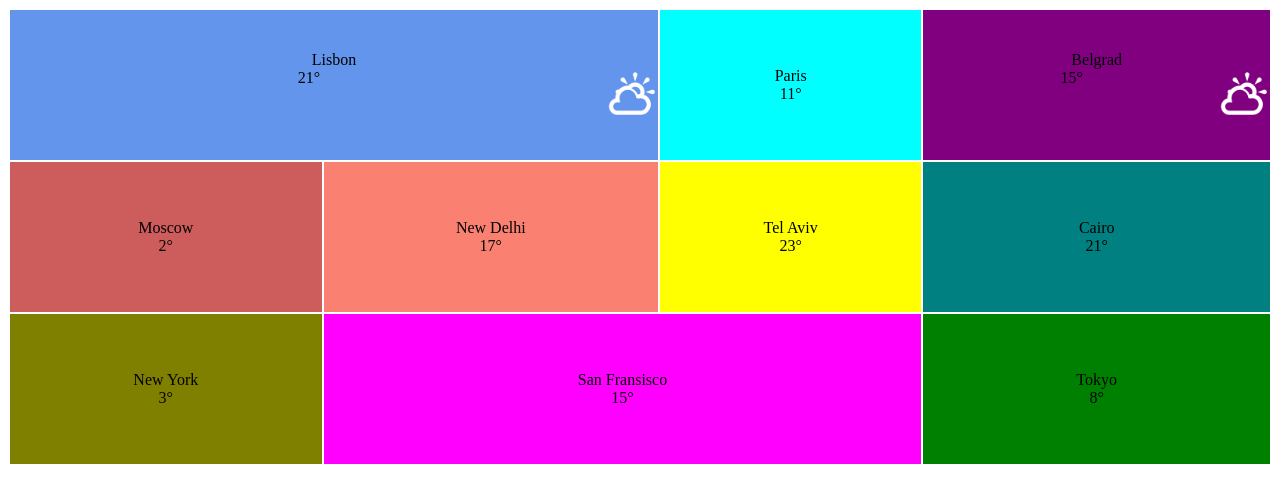
Repository: aysedo/html
Page: Week_2/index.html
An editor plug-in stored every save of this project. The page is shown before and after the next save, followed by the edit.
The browser window is 1280 px wide. The pictures show the whole page.

Above is the page before, as saved 2021-08-24 15:50:32.

### Week_2/index.html
<!DOCTYPE html>
<html lang="en">
  <head>
    <meta charset="UTF-8" />
    <meta http-equiv="X-UA-Compatible" content="IE=edge" />
    <meta name="viewport" content="width=device-width, initial-scale=1.0" />
    <title>Document</title>
  </head>
  <body>
    <table width="100%">
      <tr height="150">
        <td colspan="2" bgcolor="cornflowerblue" align="center">
          Lisbon <br/>
          21°
          <img src="img.png" width="50" align="right" />
        </td>
        <td bgcolor="Aqua" align="center">
          Paris <br />
          11°
        </td>
        <td bgcolor="Purple" align="center">
          Belgrad <br />
          15°
          <img src="img.png" width="50" align="right" />
        </td>
      </tr>
      <tr height="150">
        <td bgcolor="Indianred" align="center">
          Moscow <br />
          2°
        </td>
        <td bgcolor="Salmon" align="center">
          New Delhi <br />
          17°
        </td>
        <td bgcolor="Yellow" align="center">
          Tel Aviv <br />
          23°
        </td>
        <td bgcolor="Teal" align="center">
          Cairo <br />
          21°
        </td>
      </tr>
      <tr height="150">
        <td bgcolor="Olive" align="center">
          New York <br />
          3°
        </td>
        <td colspan="2" bgcolor="Fuchsia" align="center">
          San Fransisco<br />
          15°
        </td>
        <td bgcolor="Green" align="center">
          Tokyo <br />
          8°


        </td>
      </tr>
    </table>
  </body>
</html>

After the next save:
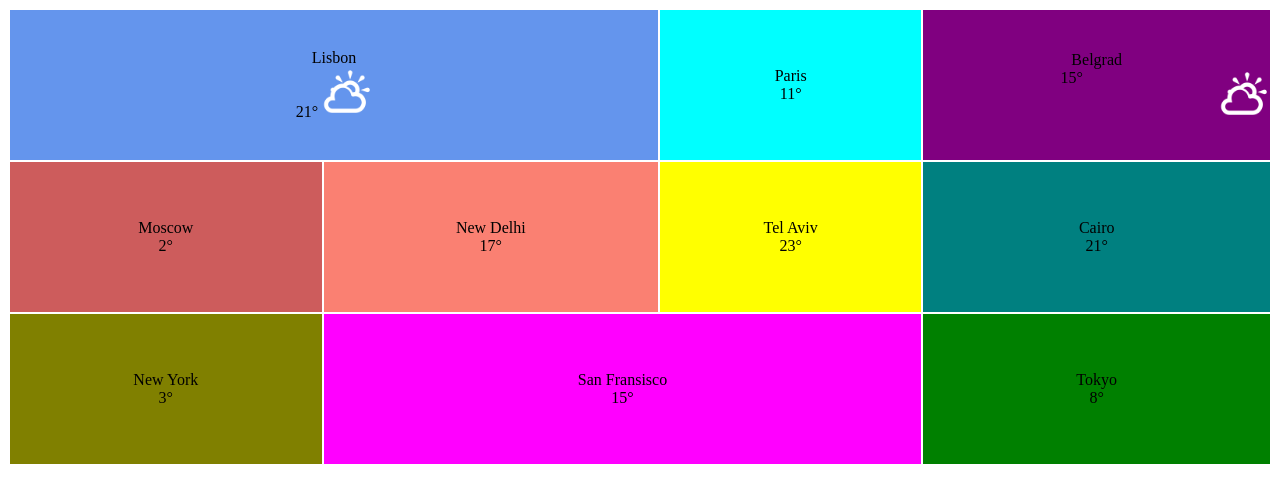
Saved 34 s later.
--- a/Week_2/index.html
+++ b/Week_2/index.html
@@ -12,7 +12,7 @@
         <td colspan="2" bgcolor="cornflowerblue" align="center">
           Lisbon <br/>
           21°
-          <img src="img.png" width="50" align="right" />
+          <img src="img.png" width="50" align="underline" />
         </td>
         <td bgcolor="Aqua" align="center">
           Paris <br />

After the save that followed:
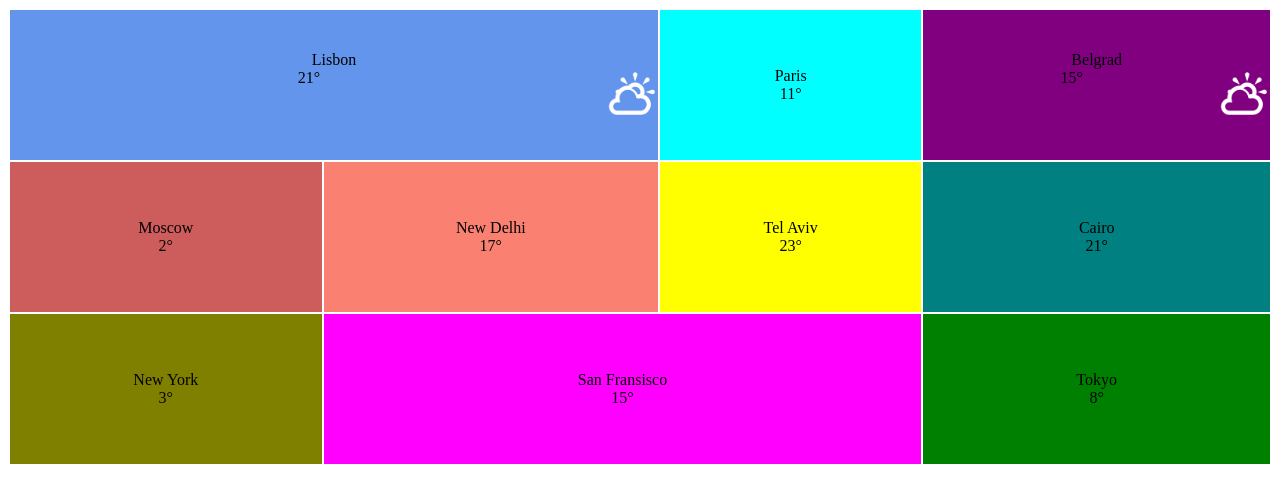
Saved 16 s later.
--- a/Week_2/index.html
+++ b/Week_2/index.html
@@ -12,7 +12,7 @@
         <td colspan="2" bgcolor="cornflowerblue" align="center">
           Lisbon <br/>
           21°
-          <img src="img.png" width="50" align="underline" />
+          <img src="img.png" width="50" align="right" />
         </td>
         <td bgcolor="Aqua" align="center">
           Paris <br />
